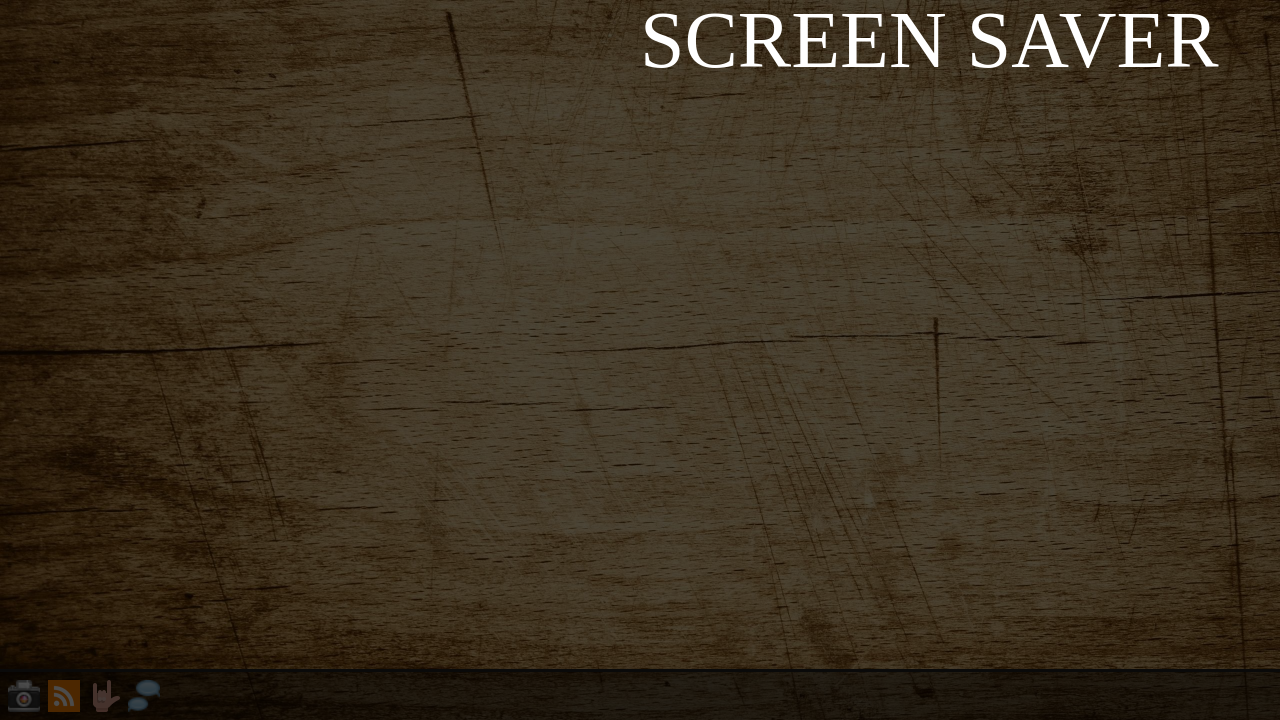
Repository: dv222bk/1dv403-laborationer
Page: 5-pwd/index.html
The author's editor kept a record of every edit. The page is drawn from the files as they stood at one moment, then again after the next edit.
The browser window is 1280 px wide. The pictures show the whole page.

Above is the page before.

### 5-pwd/index.html
<!DOCTYPE html>
<html>
    <head>
    	<meta charset="UTF-8" />
    	<title>Laboration 5 - PWD</title>
    	<link rel="stylesheet" type="text/css" href="DESKTOPAPP/css/desktopstyle.css" />
    	<link rel="stylesheet" type="text/css" href="DESKTOPAPP/apps/imageviewer/css/imageviewerstyle.css" />
    	<link rel="stylesheet" type="text/css" href="DESKTOPAPP/apps/rssreader/css/rssreaderstyle.css" />
    	<link rel="stylesheet" type="text/css" href="DESKTOPAPP/apps/memory/css/memorystyle.css" />
    </head>
    <body>
        <div id="desktop"></div>
        <script type="text/javascript" src="DESKTOPAPP/script/desktop.js"></script>
        <script type="text/javascript" src="DESKTOPAPP/script/desktopwindow.js"></script>
        <script type="text/javascript" src="DESKTOPAPP/apps/imageviewer/script/imageviewerapp.js"></script>
        <script type="text/javascript" src="DESKTOPAPP/apps/rssreader/script/rssreaderapp.js"></script>
        <script type="text/javascript" src="DESKTOPAPP/apps/memory/script/memoryapp.js"></script>
        <script type="text/javascript" src="DESKTOPAPP/apps/memory/script/random.js"></script>
        <script type="text/javascript" src="script/script.js"></script>
    </body>
</html>

### 5-pwd/DESKTOPAPP/css/desktopstyle.css
/*
* Reset all original styles
*/
/* http://meyerweb.com/eric/tools/css/reset/
   v2.0 | 20110126
   License: none (public domain)
*/

html, body, div, span, applet, object, iframe,
h1, h2, h3, h4, h5, h6, p, blockquote, pre,
a, abbr, acronym, address, big, cite, code,
del, dfn, em, img, ins, kbd, q, s, samp,
small, strike, strong, sub, sup, tt, var,
b, u, i, center,
dl, dt, dd, ol, ul, li,
fieldset, form, label, legend,
table, caption, tbody, tfoot, thead, tr, th, td,
article, aside, canvas, details, embed,
figure, figcaption, footer, Header, hgroup,
menu, nav, output, ruby, section, summary,
time, mark, audio, video, main {
	margin: 0;
	padding: 0;
	border: 0;
	font-size: 100%;
	font: inherit;
	vertical-align: baseline;
}
/* HTML5 display-role reset for older browsers */
article, aside, details, figcaption, figure,
footer, Header, hgroup, main, menu, nav, section {
	display: block;
}
body {
	line-height: 1;
}
ol, ul {
	list-style: none;
}
blockquote, q {
	quotes: none;
}
blockquote:before, blockquote:after,
q:before, q:after {
	content: '';
	content: none;
}
table {
	border-collapse: collapse;
	border-spacing: 0;
}

/*     START OF CSS CHANGES     */
.desktopApp {
    position: absolute;
    top: 0;
    bottom: 0;
    height: 100%;
    width: 100%;
    overflow: hidden;
    background: url(../pics/background.jpg) no-repeat center center fixed;
    -webkit-background-size: cover;
    -moz-background-size: cover;
    -o-background-size: cover;
    background-size: cover;
}
.desktopApp .overlay {
     visibility: hidden;
     position: absolute;
     left: 0px;
     top: 0px;
     width: 100%;
     height: 100%;
     background-color: #000000;
     background-color: rgba(0, 0, 0, 0.7);
}
.desktopApp .overlay .alertWindow {
    width: auto;
    padding: 3em;
    background-color: #e1dcc7;
    border: 0.3em solid #C7C2B0;
    border-radius: 1em;
    position: absolute;
    top: 50%;
    left: 50%;
    transform: translate(-50%, -50%);
}
.desktopApp .overlay .alertWindow p {
    float: left;
    display: inline-block;
}
.desktopApp .overlay .alertWindow input[type=radio] {
    float: left;
    clear: left;
    margin-bottom: 1em;
    display: block;
}
.desktopApp .overlay .alertWindow input[type=text] {
    float: left;
    margin-bottom: 1em;
    display: block;
}
.desktopApp .overlay .alertWindow button {
    margin-left: 1em;
    float: left;
}
.desktopApp .overlay .alertWindow select {
    float: left;
}
.desktopApp .overlay .screenSaver {
    position: absolute;
    font-size: 5em;
    color: #FFFFFF;
    top: 25%;
    left: 25%;
}
.desktopApp .desktopToolbar {
    position: absolute;
    bottom: 0;
    width: 100%;
    height: 2.5em;
    padding: 0.5em 0em 0em 0.5em;
    background-color: #000000;
    background-color: rgba(0, 0, 0, 0.5);
    border-top: 0.2em solid #222222;
}
.desktopApp .appIcon {
    height: 2em;
    width: 2em;
    margin-right: 0.5em;
    transition: 0.1s ease;
}
.desktopApp .appIcon:hover {
    transform: scale(1.2);
}
.desktopApp .windowHolder {
    position: absolute;
    width: 30em;
    border-left: 0.2em solid black;
    border-right: 0.2em solid black;
    border-radius: 1em; /* If this is changed, don't forget to edit it in desktopWindow.js createWindow() */
    border-bottom-right-radius: 0;
    overflow: hidden;
    box-shadow: 2px 2px 5px #000000;
}
.desktopApp .windowHeader, .desktopApp .windowStatus {
    width: 100%;
    height: 2em;
    background-color: #111111;
    -webkit-touch-callout: none;
    -webkit-user-select: none;
    -khtml-user-select: none;
    -moz-user-select: none;
    -ms-user-select: none;
    user-select: none;
}
.desktopApp .windowHeader {
    height: 3em;
    position: relative;
    border-top-left-radius: 0.3em;
    border-top-right-radius: 0.3em;
    z-index: 1;
}
.desktopApp .windowHeader div {
    width: 100%;
    height: 1.8em;
    cursor: pointer;
}
.desktopApp .windowHeader div:active {
    cursor: move;
}
.desktopApp .windowHeader p, .desktopApp .windowHeader .contextMenu {
    font: bold 0.8em Arial, Helvetica, sans-serif;
    color: #FFFFFF;
    margin-top: 0.7em;
    float: left;
    cursor: default;
}
.desktopApp .windowHeader img {
    margin: 0.5em 1em 0 0.5em;
    height: 1em;
    width: 1em;
    float: left;
}
.desktopApp .windowHeader button {
    width: 4em;
    margin: 0.4em;
    font-weight: bolder;
    background-color: #772118;
    border: 0.1em solid #666666;
    border-radius: 0.2em;
    color: #FFFFFF;
    float: right;
    cursor: pointer;
}
.desktopApp .windowHeader button:hover {
    background-color: #E6473D;
}
.desktopApp .windowHeader .contextMenu {
    clear: both;
    position: relative;
    width: 100%;
    margin: 0 0.5em;
}
.desktopApp .windowHeader .contextMenu img {
    width: 2em;
    height: 2em;
    margin-top: 1em;
}
.desktopApp .windowHeader .contextMenu li {
    display: inline-block;
    padding: 0 1em;
    cursor: pointer;
}
.desktopApp .windowHeader .contextMenu ul {
    display: none;
    position: absolute;
    top: 1.3em;
    list-style: none;
    background-color: #000000;
}
.desktopApp .windowHeader .contextMenu li ul li {
    padding: 0;
    float: left;
    clear: both;
    width: 100%;
}
.desktopApp .windowHeader .contextMenu li ul li a {
    display: block;
    padding-right: 1em;
    line-height: 4em;
}
.desktopApp .windowHeader .contextMenu li:hover, .desktopApp .windowHeader .contextMenu li ul li:hover {
    background-color: #555555;
}
.desktopApp .windowBody {
    width: 100%;
    height: 21em;
    position: relative;
    max-height: 21em;
    background-color: #FFFFFF;
    overflow-y: auto;
    word-wrap: break-word;
}
.desktopApp .windowStatus {
    font: bold 0.7em Arial, Helvetica, sans-serif;
    border-bottom-left-radius: 0.3em; /* If this is changed, don't forget to edit it in desktopWindow.js createWindow() */
    color: #CCCCCC;
    width: 99%;
    padding: 0.5em 0 0 1%;
}
.desktopApp .windowStatus p {
    display: inline;
}
.desktopApp .windowStatus .windowResize {
    float: right;
    width: 1em;
    height: 1em;
    margin-top: 0.5em;
    padding: 0.5em 0 0 0.5em;
    background-image: url(../pics/menuIcons/resize.png);
    background-position: bottom right;
    background-repeat: no-repeat;
    cursor: se-resize;
}

### 5-pwd/DESKTOPAPP/apps/imageviewer/css/imageviewerstyle.css
/*
* Reset all original styles
*/
/* http://meyerweb.com/eric/tools/css/reset/
   v2.0 | 20110126
   License: none (public domain)
*/

html, body, div, span, applet, object, iframe,
h1, h2, h3, h4, h5, h6, p, blockquote, pre,
a, abbr, acronym, address, big, cite, code,
del, dfn, em, img, ins, kbd, q, s, samp,
small, strike, strong, sub, sup, tt, var,
b, u, i, center,
dl, dt, dd, ol, ul, li,
fieldset, form, label, legend,
table, caption, tbody, tfoot, thead, tr, th, td,
article, aside, canvas, details, embed,
figure, figcaption, footer, Header, hgroup,
menu, nav, output, ruby, section, summary,
time, mark, audio, video, main {
	margin: 0;
	padding: 0;
	border: 0;
	font-size: 100%;
	font: inherit;
	vertical-align: baseline;
}
/* HTML5 display-role reset for older browsers */
article, aside, details, figcaption, figure,
footer, Header, hgroup, main, menu, nav, section {
	display: block;
}
body {
	line-height: 1;
}
ol, ul {
	list-style: none;
}
blockquote, q {
	quotes: none;
}
blockquote:before, blockquote:after,
q:before, q:after {
	content: '';
	content: none;
}
table {
	border-collapse: collapse;
	border-spacing: 0;
}

/*     START OF CSS CHANGES     */
.imageViewerApp {
    min-width: 100%;
    min-height: 100%;
    background-color: #e1dcc7;
}
.imageViewerApp a {
    padding: 0.7em;
    margin: 0.5em;
    border-radius: 0.7em;
    background-color: #c7c2b0;
    border: 0.1em solid #bdb8a7;
    display: inline-block;
    transition: 0.1s ease;
}
.imageViewerApp a:hover {
    transform: scale(1.1);
}
.imageViewerApp img {
    display: block;
    margin-left: auto;
    margin-right: auto;
}

### 5-pwd/DESKTOPAPP/apps/rssreader/css/rssreaderstyle.css
/*
* Reset all original styles
*/
/* http://meyerweb.com/eric/tools/css/reset/
   v2.0 | 20110126
   License: none (public domain)
*/

html, body, div, span, applet, object, iframe,
h1, h2, h3, h4, h5, h6, p, blockquote, pre,
a, abbr, acronym, address, big, cite, code,
del, dfn, em, img, ins, kbd, q, s, samp,
small, strike, strong, sub, sup, tt, var,
b, u, i, center,
dl, dt, dd, ol, ul, li,
fieldset, form, label, legend,
table, caption, tbody, tfoot, thead, tr, th, td,
article, aside, canvas, details, embed,
figure, figcaption, footer, Header, hgroup,
menu, nav, output, ruby, section, summary,
time, mark, audio, video, main {
	margin: 0;
	padding: 0;
	border: 0;
	font-size: 100%;
	font: inherit;
	vertical-align: baseline;
}
/* HTML5 display-role reset for older browsers */
article, aside, details, figcaption, figure,
footer, Header, hgroup, main, menu, nav, section {
	display: block;
}
body {
	line-height: 1;
}
ol, ul {
	list-style: none;
}
blockquote, q {
	quotes: none;
}
blockquote:before, blockquote:after,
q:before, q:after {
	content: '';
	content: none;
}
table {
	border-collapse: collapse;
	border-spacing: 0;
}

/*     START OF CSS CHANGES     */
.RSSReaderApp {
    min-width: 100%;
    min-height: 100%;
    background-color: #e1dcc7;
}
.RSSReaderApp .RSSFeed {
    width: 100%;
}
.RSSReaderApp a:not(:first-child) {
    display: block;
}
.RSSReaderApp h2 {
    width: 96%;
    font-weight: bolder;
    font-size: 0.9em;
    padding: 2%;
    margin-top: 1em;
    background-color: #c7c2b0;
    display: inline-block;
}
.RSSReaderApp img {
    display: block;
    max-width: 100%;
    margin-left: auto;
    margin-right: auto;
}

### 5-pwd/DESKTOPAPP/apps/memory/css/memorystyle.css
/*
* Reset all original styles
*/
/* http://meyerweb.com/eric/tools/css/reset/
   v2.0 | 20110126
   License: none (public domain)
*/

html, body, div, span, applet, object, iframe,
h1, h2, h3, h4, h5, h6, p, blockquote, pre,
a, abbr, acronym, address, big, cite, code,
del, dfn, em, img, ins, kbd, q, s, samp,
small, strike, strong, sub, sup, tt, var,
b, u, i, center,
dl, dt, dd, ol, ul, li,
fieldset, form, label, legend,
table, caption, tbody, tfoot, thead, tr, th, td,
article, aside, canvas, details, embed,
figure, figcaption, footer, Header, hgroup,
menu, nav, output, ruby, section, summary,
time, mark, audio, video, main {
	margin: 0;
	padding: 0;
	border: 0;
	font-size: 100%;
	font: inherit;
	vertical-align: baseline;
}
/* HTML5 display-role reset for older browsers */
article, aside, details, figcaption, figure,
footer, Header, hgroup, main, menu, nav, section {
	display: block;
}
body {
	line-height: 1;
}
ol, ul {
	list-style: none;
}
blockquote, q {
	quotes: none;
}
blockquote:before, blockquote:after,
q:before, q:after {
	content: '';
	content: none;
}
table {
	border-collapse: collapse;
	border-spacing: 0;
}

/* CSS TRANSITIONS http://stackoverflow.com/questions/11679567/using-css-for-fade-in-effect-on-page-load*/

@keyframes fadeout {
    from { opacity: 1; }
    to   { opacity: 0; }
}

/* Firefox < 16 */
@-moz-keyframes fadeout {
    from { opacity: 1; }
    to   { opacity: 0; }
}

/* Safari, Chrome and Opera > 12.1 */
@-webkit-keyframes fadeout {
    from { opacity: 1; }
    to   { opacity: 0; }
}

/* Internet Explorer */
@-ms-keyframes fadeout {
    from { opacity: 1; }
    to   { opacity: 0; }
}

/* Opera < 12.1 */
@-o-keyframes fadeout {
    from { opacity: 1; }
    to   { opacity: 0; }
}

/*     START OF CSS CHANGES     */
.MemoryGame {
    background-color: #FFFFFF;
    display: block;
    width: 100%;
    height: 100%;
    overflow: hidden;
}
.MemoryGame div {
    float: left;
    display: inline;
    clear: both;
    width: auto;
}
.MemoryGame img {
    width: 3em;
    margin: 0.15em;
}
.MemoryGame p {
    float: left;
}
.MemoryGame .complete {
    -webkit-animation: fadeout 1s; /* Safari, Chrome and Opera > 12.1 */
    -moz-animation: fadeout 1s; /* Firefox < 16 */
    -ms-animation: fadeout 1s; /* Internet Explorer */
    -o-animation: fadeout 1s; /* Opera < 12.1 */
    animation: fadeout 1s;
    opacity: 0;
}

### 5-pwd/DESKTOPAPP/script/desktop.js
"use strict";

var DESKTOPAPP = DESKTOPAPP || {};

DESKTOPAPP.Desktop = function(elementID) {
    var openWindows, lastWindowX, lastWindowY, zIndex, idleTime, increaseIdleTimeInterval, screenSaverInterval;
    var that = this;

    /* root element */
    this.root = document.getElementById(elementID);

    /* app holder */
    this.apps =
    [
        {
            "name": "ImageViewer",
            "iconURL": "DESKTOPAPP/pics/appIcons/imageViewer.png",
            "appURL": DESKTOPAPP.apps.ImageViewer
        },
        {
            "name": "RSSReader",
            "iconURL": "DESKTOPAPP/pics/appIcons/RSSReader.png",
            "appURL": DESKTOPAPP.apps.RSSReader
        },
        {
            "name": "Memory",
            "iconURL": "DESKTOPAPP/pics/appIcons/memory.png",
            "appURL": DESKTOPAPP.apps.Memory
        },
        {
            "name": "LabbyMezzage",
            "iconURL": "DESKTOPAPP/pics/appIcons/labbymezzage.png",
            "appURL": DESKTOPAPP.apps.LabbyMezzage
        }
    ];

    openWindows = [];
    lastWindowX = 20;
    lastWindowY = 20;
    zIndex = 1;
    idleTime = 0;
    increaseIdleTimeInterval = setInterval(increaseIdleTime, 100);
    console.log(increaseIdleTimeInterval);

    document.onmousemove = function() {
        that.stopScreenSaver();
    };

    document.onkeypress = function() {
        that.stopScreenSaver();
    };

    function increaseIdleTime() {
        idleTime += 1;
        if(idleTime === 6) {
            that.startScreenSaver();
        }
    }

    this.resetIdleTime = function() {
        idleTime = 0;
    };

    this.getIdleTime = function() {
        return idleTime;
    };

    this.clearScreenSaverInterval = function() {
        screenSaverInterval = null;
    };

    this.setScreenSaverInterval = function(interval) {
        screenSaverInterval = interval;
    };

    this.getWindows = function() {
        return openWindows;
    };
    this.addWindow = function(windowBody) {
        openWindows.push(windowBody);
        windowBody.style.zIndex = zIndex;
        this.root.querySelector(".desktopToolbar").style.zIndex = zIndex + 1;
        this.increaseZIndex();
    };
    this.setLastWindowX = function(xCord) {
        lastWindowX = xCord;
    };
    this.getLastWindowX = function() {
        return lastWindowX;
    };
    this.setLastWindowY = function(yCord) {
        lastWindowY = yCord;
    };
    this.getLastWindowY = function() {
        return lastWindowY;
    };
    this.getZIndex = function() {
        return zIndex;
    };
    this.increaseZIndex = function() {
        zIndex += 1;
    };

    this.overlay;

    /* Close window menu when clicking somewhere other than the menu */
    document.onmousedown = function(e) {
        var menu, i, k;
        for(i = 0; i < openWindows.length; i += 1) {
            menu = openWindows[i].querySelectorAll(".contextMenu ul ");
            for (k = 0; k < menu.length; k++) {
                if(menu[k].style.display !== "none" && menu[k] !== e.target && menu[k].parentNode !== e.target) {
                    menu[k].style.display = "none";
                }
            }
        }
    };

    this.createApp();
};

DESKTOPAPP.Desktop.prototype.createApp = function() {
    var appbody, toolbar, appLink, app, i;
    var that = this;

    /* AppBody */
    appbody = document.createElement("section");
    appbody.className = "desktopApp";
    this.root.appendChild(appbody);

    /* overlay */
    this.overlay = document.createElement("div");
    this.overlay.className = "overlay";
    this.overlay.onmousedown = function(e) {
        if(e.target === this) {
            e.preventDefault();
            that.toggleOverlay();
            return false;
        }
    };
    appbody.appendChild(this.overlay);

    /* Toolbar */
    toolbar = document.createElement("div");
    toolbar.className = "desktopToolbar";
    appbody.appendChild(toolbar);

    /* Apps */
    for(i = 0; i < this.apps.length; i += 1) {
        appLink = document.createElement("a");
        appLink.app = i;
        appLink.onclick = function(e) {
            e.preventDefault();
            new that.apps[this.app].appURL(this.app, that);
            return false;
        };
        app = document.createElement("img");
        app.alt = "Klicka för att starta " + this.apps[i].name + " appen";
        app.title = this.apps[i].name;
        app.src = this.apps[i].iconURL;
        app.className = "appIcon";
        appLink.appendChild(app);
        toolbar.appendChild(appLink);
    }
};

/* http://www.kirupa.com/html5/get_element_position_using_javascript.htm */
DESKTOPAPP.Desktop.prototype.getWindowCords = function(windowHolder) {
    var xPosition, yPosition, maxX, maxY;

    yPosition = 0;
    xPosition = 0;

    if(windowHolder !== undefined) {
        maxX = window.innerWidth - windowHolder.offsetWidth - 40;
        maxY = window.innerHeight - windowHolder.offsetHeight - this.root.querySelector(".desktopToolbar").offsetHeight;
    }

    while(windowHolder) {
        xPosition += (windowHolder.offsetLeft - windowHolder.scrollLeft + windowHolder.clientLeft);
        yPosition += (windowHolder.offsetTop - windowHolder.scrollTop + windowHolder.clientTop);
        windowHolder = windowHolder.offsetParent;
    }

    if(xPosition >= maxX) {
        xPosition = 0;
    }
    if(yPosition >= maxY) {
        yPosition = 0;
    }

    return { x: xPosition, y: yPosition };
};

DESKTOPAPP.Desktop.prototype.updateLastWindowCords = function() {
    var cords;
    cords = this.getWindowCords(this.getWindows()[this.getWindows().length - 1]);
    this.setLastWindowX(cords.x);
    this.setLastWindowY(cords.y);
};

DESKTOPAPP.Desktop.prototype.removeWindow = function(windowBody) {
    var index = this.getWindows().indexOf(windowBody);
    if (index > -1) {
        this.getWindows().splice(index, 1);
    }
};

DESKTOPAPP.Desktop.prototype.makeWindowLast = function(windowBody) {
    if(this.getWindows().indexOf(windowBody) !== (this.getWindows().length - 1)) {
        this.removeWindow(windowBody);
        this.addWindow(windowBody);
    }
};

DESKTOPAPP.Desktop.prototype.toggleOverlay = function() {
    if(this.overlay.style.visibility === "visible") {
        this.overlay.style.visibility = "hidden";
        this.overlay.innerHTML = "";
    } else {
        this.overlay.style.visibility = "visible";
    }
    this.overlay.style.zIndex = this.getZIndex() + 1;
};

DESKTOPAPP.Desktop.prototype.startScreenSaver = function() {
    var text;
    var that = this;
    text = document.createElement("p");
    text.className = "screenSaver";
    text.innerHTML = "SCREEN SAVER";
    this.setScreenSaverInterval(setInterval(moveText, 2000));
    this.overlay.appendChild(text);
    this.toggleOverlay();

    function moveText() {
        var randomNumber = Math.floor((Math.random() * 9) + 1);
        text.style.left = "0";
        text.style.top = "0";
        switch(randomNumber) {
            case 1:
                text.style.top = "20%";
                text.style.left = "12%";
                break;
            case 2:
                text.style.top = "25%";
                text.style.left = "25%";
                break;
            case 3:
                text.style.left = "50%";
                break;
            case 4:
                text.style.top = "50%";
                break;
            case 5:
                text.style.top = "72%";
                text.style.left = "30%";
                break;
            case 6:
                text.style.top = "12%";
                text.style.left = "80%";
                break;
            case 7:
                text.style.top = "64%";
                text.style.left = "32%";
                break;
            case 8:
                text.style.top = "67%";
                text.style.left = "2%";
                break;
            case 9:
                text.style.top = "14%";
                text.style.left = "8%";
                break;
        }

        randomNumber = Math.floor((Math.random() * 9) + 1);
        switch(randomNumber) {
            case 1:
                text.style.color = "#FF8300";
                break;
            case 2:
                text.style.color = "#48A5F8";
                break;
            case 3:
                text.style.color = "#EF5F20";
                break;
            case 4:
                text.style.color = "#C397D8";
                break;
            case 5:
                text.style.color = "#62A83F";
                break;
            case 6:
                text.style.color = "#FFDE3D";
                break;
            case 7:
                text.style.color = "#E9D7D2";
                break;
            case 8:
                text.style.color = "#FFFFFF";
                break;
            case 9:
                text.style.color = "#ACACAC";
                break;
        }
    }
};

DESKTOPAPP.Desktop.prototype.stopScreenSaver = function() {
    if(this.getIdleTime() >= 6) {
        this.clearScreenSaverInterval();
        this.overlay.removeChild(this.overlay.querySelector("p"));
        this.toggleOverlay();
    }
    this.resetIdleTime();
};

### 5-pwd/script/script.js
"use strict";

window.onload = function() {
    new DESKTOPAPP.Desktop("desktop");
};

Loaded but not shown: 5-pwd/DESKTOPAPP/script/desktopwindow.js (327 lines, source omitted); 5-pwd/DESKTOPAPP/apps/memory/script/memoryapp.js (305 lines, source omitted); 5-pwd/DESKTOPAPP/apps/rssreader/script/rssreaderapp.js (275 lines, source omitted); 5-pwd/DESKTOPAPP/apps/imageviewer/script/imageviewerapp.js (106 lines, source omitted); 5-pwd/DESKTOPAPP/apps/memory/script/random.js (no copy from this time; the picture is the same without it)

After the next edit:
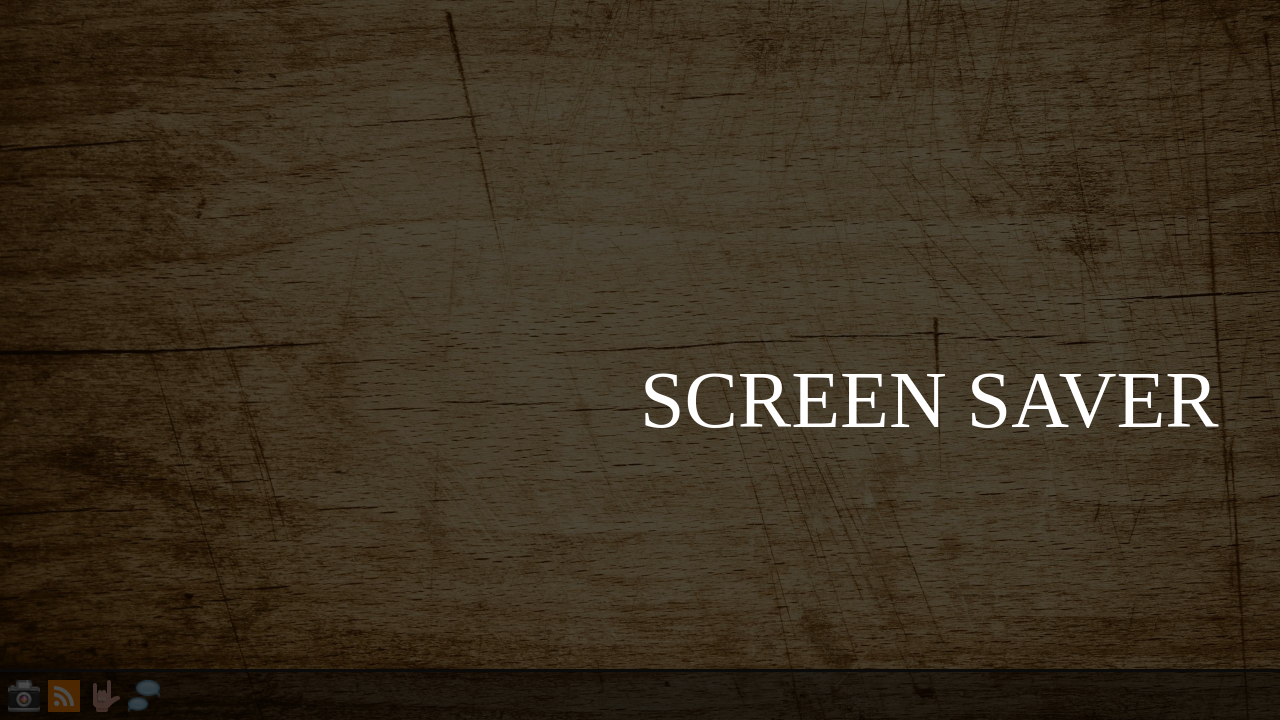
The edit:
--- a/5-pwd/DESKTOPAPP/script/desktop.js
+++ b/5-pwd/DESKTOPAPP/script/desktop.js
@@ -247,6 +247,7 @@
                 text.style.left = "25%";
                 break;
             case 3:
+                text.style.top = "50%";
                 text.style.left = "50%";
                 break;
             case 4:
